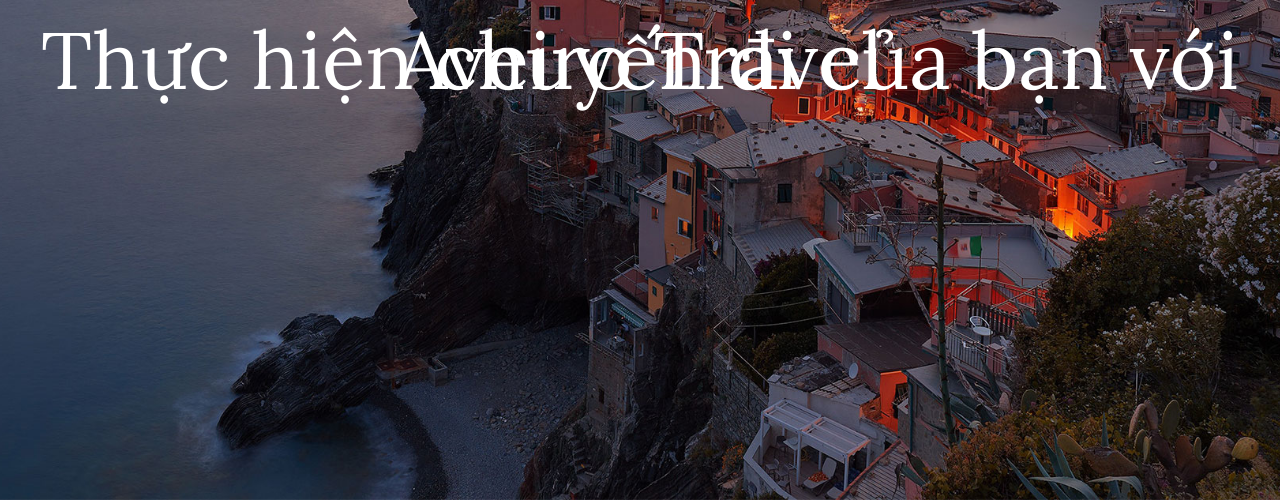
Repository: tuan842001/demotest
Page: /
An editor plug-in stored every save of this project. The page is shown before and after a run of saves, followed by the edit.
The browser window is 1280 px wide. The pictures show the part of the page from y = 0 to 500 px (the page is 4151 px tall before and 720 px after).
Pictures or frames that could not be fetched are drawn as grey boxes. The project was rebuilt for these pictures with package versions that can differ from the ones it lists, and the page was loaded fresh each time. Also part of the build but not shown: src/components/offers/offers.css, src/components/offers/Offers.jsx, src/pages/intour/Intour.jsx, src/pages/login/login.css, src/pages/login/Login.jsx, src/pages/register/register.css, src/pages/register/Register.jsx.

Above is the page before, as saved 2021-10-14 17:37:42.

### public/index.html
<!DOCTYPE html>
<html lang="en">
  <head>
    <meta charset="utf-8" />
    <link rel="icon" href="%PUBLIC_URL%/favicon.ico" />
    <meta name="viewport" content="width=device-width, initial-scale=1" />
    <meta name="theme-color" content="#000000" />
    <meta name="description" content="Web site created using create-react-app"/>
    <link href="https://fonts.googleapis.com/css2?family=Lora:wght@400;500;600;700&display=swap" rel="stylesheet">
    <link rel="stylesheet" href="https://cdnjs.cloudflare.com/ajax/libs/font-awesome/6.0.0-beta2/css/all.min.css" integrity="sha512-YWzhKL2whUzgiheMoBFwW8CKV4qpHQAEuvilg9FAn5VJUDwKZZxkJNuGM4XkWuk94WCrrwslk8yWNGmY1EduTA==" crossorigin="anonymous" referrerpolicy="no-referrer" />
    <link href="https://fonts.googleapis.com/css2?family=Lora:ital,wght@1,700&family=Montserrat:wght@200&display=swap" rel="stylesheet">
    <link href="https://cdn.jsdelivr.net/npm/bootstrap@5.1.3/dist/css/bootstrap.min.css" rel="stylesheet" integrity="sha384-1BmE4kWBq78iYhFldvKuhfTAU6auU8tT94WrHftjDbrCEXSU1oBoqyl2QvZ6jIW3" crossorigin="anonymous">
    <title>Aveiro Travel</title>
  </head>
  <body>
    <noscript>You need to enable JavaScript to run this app.</noscript>
    <div id="root"></div>
  </body>
</html>

### src/App.js
import Home from './pages/home/Home';
import Intour from './pages/intour/Intour';
import Login from './pages/login/Login';
import Register from './pages/register/Register';
import TopBar from './components/topbar/TopBar';
import Bottombar from "./components/bottombar/Bottombar";
import "./app.css"
import {
  BrowserRouter as Router,
  Switch,
  Route,
  Link
} from "react-router-dom";


function App() {
  return (
    <Router>

      <Switch>
        <Route path="/">
          <Home />
        </Route>
      </Switch>
    </Router>
  );
}

export default App;

### src/pages/home/Home.jsx
import Header from "../../components/header/Header";
import Top from "../../components/top/Top";
import Posts from "../../components/posts/Posts";
import Last from "../../components/last/Last";
import Video from "../../components/video/Video";
import Popular from "../../components/popular/Popular";
import Bottombar from "../../components/bottombar/Bottombar";
import "./home.css";

export default function Home() {
  return (
    <>
      <Header />
      <div className="home">
        <Top />
        <Posts />
        <Top />
        <Posts />
      </div>
      <Last />
      <Video />
      <Popular />
      <Bottombar />
    </>
  );
}

### src/components/bottombar/Bottombar.jsx
import "./bottombar.css";

export default function Bottombar() {
  return (
    <div className="bottombar">
      <div className="bottomLeft">
        <span className="bottomTitle">LIÊN HỆ</span>
        <span className="bottomText">Aveiro Travel</span>
        <span className="bottomText">Đường Z115 - xã Quyết Thắng</span>
        <span className="bottomText">TP. Thái Nguyên – tỉnh Thái Nguyên</span>
      </div>
      <div className="bottomCenter">
        <span className="bottomText">Phone: 0966245700</span>
        <span className="bottomText">Email: Averirotravel@gmail.com</span>
        <span className="bottomText">
          Liên hệ với chúng tôi <i></i>
        </span>
        <div className="bottomItem">
          <i className="bottomIcon fab fa-facebook-f"></i>
          <i className="bottomIcon fab fa-instagram"></i>
          <i className="bottomIcon fab fa-youtube"></i>
        </div>
      </div>
      <div className="bottomRight">
        <span className="bottomText">Đăng ký để nhận những tour mới nhất</span>
        <div className="bottomSubscribe">
          <input
            type="email"
            id="bottom_input"
            className="bottom_input"
            placeholder="Email của bạn"
          />
          <button type="submit" id="bottom_button" class="bottom_button">
            Đăng ký
          </button>
        </div>
      </div>
    </div>
  );
}

### src/app.css
*{
    margin: 0;
    padding: 0;
    -webkit-font-smoothing: antialiased;
    -webkit-text-shadow: rgba(0,0,0,.01) 0 0 1px;
    text-shadow: rgb(0 0 0 / 1%) 0 0 1px;
}
body{
    font-family: 'Montserrat', sans-serif;
    font-size: 14px;
    font-weight: 400;
    background: #FFFFFF;
    color: #131a2f;
}
ul{
    list-style: none;
    margin-bottom: 0px;
}
a{
    display: block;
    font-size: 16px;
    font-weight: 500;
    /* line-height: 56px; */
    text-decoration: none;
    background-color: transparent;
}
.container{
    width: 100%;
    padding-right: 15px;
    padding-left: 15px;
    margin-right: auto;
    margin-left: auto;
    position: relative;
}
.row{
    display: -ms-flexbox;
    display: flex;
    -ms-flex-wrap: wrap;
    flex-wrap: wrap;
    padding-top: 40px;
    padding-bottom: 65px;
    margin-left: calc(50% - 585px);
    margin-right: calc(50% - 585px);
}
.col{
    -ms-flex-preferred-size: 0;
    flex-basis: 0;
    -ms-flex-positive: 1;
    flex-grow: 1;
    max-width: 100%;
}
.sectionTitle{
    padding-top: 30px;
    line-height: 1.1;
    font-size: 40px;
    font-weight: 300;
    text-align: center!important;

}
.sectionTitle div {
    font-size: 16px;
    font-weight: 600;
    color: #7d8293;
    text-transform: uppercase;
    margin-top: 19px;
}
img{
    vertical-align: middle;
    border-style: none;
}
div{
    display: block;
    position: relative;
    -webkit-box-sizing: border-box;
    -moz-box-sizing: border-box;
    box-sizing: border-box;
}


.dropdown-content {
    display: none;
    position: absolute;
    right: 0;
    top: 100%;
    margin: 0;
    width: 100%;
    background: #FFFFFF;

    z-index: 1;
    box-shadow: 0 15px 25px rgb(63 78 100 / 15%);
}

.dropdown:hover .dropdown-content {
    display: block;
}

### src/components/header/Header.jsx
import "./header.css";

export default function Header() {
  return (
    <div className="header">
      <div className="headerTitles">
        <span className="headerTitleSm">Thực hiện chuyến đi của bạn với</span>
        <span className="headerTitleLg">Aveiro Travel</span>
      </div>
      <img className="headerTitImg" src="./assets/images/elements.jpg" alt="" />
    </div>
  );
}

### src/components/top/Top.jsx
import "./top.css";

export default function Top() {
  return (
    <div className="tops">
      <div className="rowTop">
        <div className="col">
          <div className="sectionTitle">
            <h2>DU LỊCH NƯỚC NGOÀI</h2>
            <div>Tour Đón Giáng Sinh Và Năm Mới 2019</div>
          </div>
        </div>
        <div className="row"></div>
      </div>
    </div>
  );
}

### src/components/posts/Posts.jsx
import Post from "../post/Post";
import IntourPost from "../intourPost/IntourPost";
import "./posts.css";

export default function Posts() {
  return (
    <div className="posts">
      <IntourPost />
      <Post />
      <Post />
    </div>
  );
}

### src/components/last/Last.jsx
import "./last.css";

export default function Last() {
  return (
    <div className="last">
      <img className="lastImg" src="./assets/images/last.jpg" alt="" />
      <div className="container">
        <div className="row">
          <div className="lastLeft">
            <div className="lastItem">
              <div className="lastItemContainer">
                <div className="lastSubtitle">Averio Travel</div>
                <div className="lastPercent">50%</div>
                <div className="lastTitle">
                  NHỮNG ĐỊA ĐIỂM VUI CHƠI Ở SENTOSA SINGAPORE TUYỆT ĐỐI KHÔNG
                  THỂ BỎ LỠ
                </div>
                <div className="lastText">
                  Toàn bộ Sentosa có 4 khu giải trí và nghỉ dưỡng, bao gồm:
                  Imbiah Lookout, Siloso Point, Beaches và Resorts World Sentosa
                  với nhiều khu vui chơi giải trí phù hợp với nhu cầu của khách
                  tham quan.
                </div>
                <div className="lastButton">
                  <a href="#">Xem chi tiết</a>
                </div>
              </div>
            </div>
          </div>
          <div className="lastRight">
            <div className="lastItem">
              <div className="lastItemContainer">
                <div className="lastSubtitle">Averio Travel</div>
                <div className="lastPercent">50%</div>
                <div className="lastTitle">Tháp Eiffel Có Áo Mới</div>
                <div className="lastText">
                  Kể từ thời điểm này, nếu bạn đến Paris và ghé thăm tháp Eiffel
                  ở cự ly gần sẽ được nhìn thấy một bức tường kính ngay dưới
                  chân tháp.
                </div>
                <div className="lastButton">
                  <a href="#">Xem chi tiết</a>
                </div>
              </div>
            </div>
          </div>
        </div>
      </div>
    </div>
  );
}

### src/components/video/Video.jsx
import "./video.css";

export default function Video() {
  return (
    <div className="video">
      <img className="videoBackground" src="./assets/images/video.jpg" alt="" />
      <div className="videoContent">
        <div className="videoTitle">Một ngày trên đảo</div>
        <div className="videoSubtitle">
          Chuyến đi do nhóm Averio Travel tổ chức
        </div>
        <div className="videoPlay">
          <a
            className="videoTest"
            href="https://www.youtube.com/watch?v=1La4QzGeaaQ"
          >
            <img src="./assets/images/play.png" alt="" />
          </a>
        </div>
      </div>
    </div>
  );
}

### src/components/popular/Popular.jsx
import "./popular.css";

export default function Popular() {
  return (
    <div className="popular">
      <div className="container">
        <div className="row">
          <div className="col">
            <div className="sectionTitle">
              <h2>Thư Viện</h2>
              <div>Khoảnh khắc đẹp nhất</div>
            </div>
          </div>
        </div>
        <div className="row">
          <div className="popularList">
            <div className="popularItem">
              <img src="./assets/images/gallery/popular_8.jpg" alt="" />
              <div className="popularItemText">
                <div className="popularItemTitle">Myanma</div>
              </div>
            </div>
            <div className="popularItem">
              <img src="./assets/images/gallery/popular_7.jpg" alt="" />
              <div className="popularItemText">
                <div className="popularItemTitle">Myanma</div>
              </div>
            </div>
            <div className="popularItem">
              <img src="./assets/images/gallery/popular_6.jpg" alt="" />
              <div className="popularItemText">
                <div className="popularItemTitle">Myanma</div>
              </div>
            </div>
            <div className="popularItem">
              <img src="./assets/images/gallery/popular_5.jpg" alt="" />
              <div className="popularItemText">
                <div className="popularItemTitle">Myanma</div>
              </div>
            </div>
            <div className="popularItem">
              <img src="./assets/images/gallery/popular_4.jpg" alt="" />
              <div className="popularItemText">
                <div className="popularItemTitle">Myanma</div>
              </div>
            </div>
            <div className="popularItem">
              <img src="./assets/images/gallery/popular_3.jpg" alt="" />
              <div className="popularItemText">
                <div className="popularItemTitle">Myanma</div>
              </div>
            </div>
            <div className="popularItem">
              <img src="./assets/images/gallery/popular_2.jpg" alt="" />
              <div className="popularItemText">
                <div className="popularItemTitle">Myanma</div>
              </div>
            </div>
            <div className="popularItem">
              <img src="./assets/images/gallery/popular_1.jpg" alt="" />
              <div className="popularItemText">
                <div className="popularItemTitle">Myanma</div>
              </div>
            </div>
          </div>
        </div>
      </div>
    </div>
  );
}

### src/components/intourPost/IntourPost.jsx
import "./intourPost.css";

export default function IntourPost() {
  return (
    <div className="intourPost">
      <img
        className="postImg"
        src="http://localhost/halotrip/view/images/tour/Hollywood-Walk-of-Fame_220247812.jpg"
        alt=""
      />
      <div className="postInfo">
        <span className="postPrice">7.555.000 VND</span>

        <span className="postTitle">DU LỊCH HONG KONG</span>
      </div>
    </div>
  );
}

### src/components/bottombar/bottombar.css
.bottombar{
    width: 100%;
    height: 300px;
    background-color: #080d1d;
    display: flex;
    align-items: center;
    font-family: 'Lora', serif;
    color: #fff;
    font-size: 18px;
    position: absolute;
}
.bottomLeft, .bottomCenter {
    flex: 3;
    display: flex;
    flex-direction: column;
    justify-content: center;
    margin-left: 74px;
}

.bottomRight{
    flex: 4;
    display: flex;
    flex-direction: column;
    justify-content: center;
}
.bottomTitle{
    font-size: 25px;
    font-weight: 700;
    margin-bottom: 25px;
}
.bottomText{
    margin-bottom: 10px;
}
.bottomIcon{
    font-size: 35px;
    margin-top: 15px;
    margin-right: 50px;
    cursor: pointer;
}
.bottomSubscribe{
    display: flex;
    margin-top: 20px;
}
.bottom_input{
    width: calc(65% - 100px);
    height: 56px;
    border: solid 2px rgba(255,255,255,0.5);
    outline: none;
    background: transparent;
    padding-left: 31px;
    color: #FFFFFF;
}
.bottom_button{
    width: 161px;
    height: 62px;
    vertical-align: top;
    cursor: pointer;
    border: none;
    outline: none;
    background: #fe364a;
    color: #FFFFFF;
    font-size: 16px;
    margin-left: 20px;
    font-weight: 500;
    -webkit-transition: all 200ms ease;
    -moz-transition: all 200ms ease;
    -ms-transition: all 200ms ease;
    -o-transition: all 200ms ease;
    transition: all 200ms ease;
}

### src/components/header/header.css

.headerTitles{
    display: flex;
    flex-direction: column;
    align-items: center;
    font-family: 'Lora', serif;
    color: #fff;
}
.headerTitleSm{
    position: absolute;
    top: 20%;
    font-size: 80px;
}
.headerTitleLg{
    position: absolute;
    top: 30%;
    font-size: 80px;
}
.headerTitImg{
    width: 100%;
    height: 500px;
    object-fit: cover;
}

### src/components/top/top.css
.sectionTitle h2 {
    font-weight: 300;
    color: #131a2f;
    font-size: 40px !important;
}
.rowTop{
    display: -ms-flexbox;
    display: flex;
    -ms-flex-wrap: wrap;
    flex-wrap: wrap;
    padding-top: 6px;
    padding-bottom: 40px;
    margin-left: calc(50% - 585px);
    margin-right: calc(50% - 585px);
}

### src/components/post/Post.jsx
import "./post.css";
export default function Post() {
  return (
    <div className="post">
      <img
        className="postImg"
        src="http://localhost/halotrip/view/images/tour/Hollywood-Walk-of-Fame_220247812.jpg"
        alt=""
      />
      <div className="postInfo">
        <span className="postPrice">7.555.000 VND</span>

        <span className="postTitle">DU LỊCH HONG KONG</span>
      </div>
    </div>
  );
}

### src/components/posts/posts.css
.posts {
    display: flex;
    flex-wrap: wrap;
    align-items: center;
    justify-content: center;
    width: 100%;
    padding-right: 15px;
    padding-left: 15px;
    margin-right: auto;
    margin-left: auto;
}

### src/components/last/last.css
.last{
    position: relative;
    font-family: 'Montserrat', sans-serif;
}
.lastImg{
    width: 100%;
    height: 100%;
    object-fit: cover;
    position: absolute;
    top: 0;
    left: 0;
}
.lastLeft, .lastRight{
    flex: 0 0 50%;
    max-width: 50%;
}
.lastItem{
    padding-right: calc(30% - 100px);
}
.lastItemContainer{
    background: rgba(254, 64, 91, 0.79);
    padding-top: 53px;
    padding-bottom: 35px;
    color: #FFFFFF;
    text-align: center;
    padding-left: 90px;
    padding-right: 80px;
}
.lastSubtitle {
    font-size: 16px;
    font-weight: 500;
    text-transform: uppercase;
    text-align: left;
}
.lastPercent{
    font-size: 160px;
    font-weight: 100;
    line-height: 0.75;
    margin-top: 14px;
    text-align: left;
}
.lastTitle{
    font-size: 40px;
    font-weight: 300;
    text-align: left;
    margin-top: 7px;
    line-height: 1.1;
}
.lastText{
    font-size: 14px;
    font-weight: 400;
    text-align: center;
    line-height: 2.14;
    margin-top: 15px;
}
.lastButton{
    margin-top: 37px;
    display: inline-block;
    width: 161px;
    height: 56px;
    background: #131a2f;

}

### src/components/video/video.css
.video {
    padding-top: 144px;
    padding-bottom: 198px;
    position: relative;
    font-family: 'Montserrat', sans-serif;
}
.video div {
    display: block;
    position: relative;
    -webkit-box-sizing: border-box;
    -moz-box-sizing: border-box;
    box-sizing: border-box;

}
.videoBackground{
    position: absolute;
    top: 0;
    left: 0;
    width: 100%;
    height: 100%;
    min-height: 400px;
    object-fit: cover;
    background: transparent;
}
.videoContent{
    width: auto;
    text-align: center;
    padding-left: 15px;
    padding-right: 15px;
}
.videoTitle{
    font-size: 30px;
    font-weight: 300;
    color: #FFFFFF;
}
.videoSubtitle{
    font-size: 14px;
    font-weight: 300;
    color: #FFFFFF;
    margin-top: 3px;
}
.videoPlay{
    margin: 0 auto;
    margin-top: 43px;
    cursor: pointer;
    width: 14%;
}
.videoTest{
    outline: none;
}

### src/components/popular/popular.css
.popular div{
    display: block;
    position: relative;
    -webkit-box-sizing: border-box;
    -moz-box-sizing: border-box;
    box-sizing: border-box;
}
.popular{
    width: 100%;
    background: #FFFFFF;
    font-family: 'Montserrat', sans-serif;
}
.popularList{
    width: 100%;
    align-items: center!important;
    justify-content: space-between!important;
    flex-direction: row!important;
    flex-wrap: wrap!important;
    display: flex!important;

}
.popularItem{
    width: calc((100% - 90px) / 4);
    margin-bottom: 26px;
}
.popularItem img{
    max-width: 100%;
    vertical-align: middle;
    border-style: none;
}

.popularItemText{
    position: absolute;
    left: 28px;
    bottom: 60px;
    z-index: 10;
}
.popularItemTitle{
    font-size: 20px;
    font-weight: 600;
    color: #FFFFFF;

}

### src/components/intourPost/intourPost.css
.intourPost {
    width: 360px;
    margin: 0px 25px 40px 25px;
    cursor: pointer;
    position: relative;
}
.postImg{
    width: 100%;
    height: 240px;
    object-fit: cover;
    border-radius: 7px;
}
.postInfo{
    display: flex;
    flex-direction: column;
    left: 33px;
    bottom: 75px;
    color: #fff;
}
.post div {
    position: relative;
    box-sizing: border-box;
}
.postTitle{
    font-family: 'Lora', serif;
    font-size: 20px;
    font-weight: 700;
    margin-top: 2px;
}
.postPrice{
    font-family: 'Lora', serif;
    font-style: italic;
}

### src/components/post/post.css
.post {
    width: 360px;
    margin: 0px 25px 40px 25px;
    cursor: pointer;
    position: relative;

}
.postImg{
    width: 100%;
    height: 240px;
    object-fit: cover;
    border-radius: 7px;
}
.postInfo{
    display: flex;
    flex-direction: column;
    left: 33px;
    bottom: 75px;
    color: #fff;
}
.post div {
    position: relative;
    box-sizing: border-box;
}
.postTitle{
    font-family: 'Lora', serif;
    font-size: 20px;
    font-weight: 700;
    margin-top: 2px;
}
.postPrice{
    font-family: 'Lora', serif;
    font-style: italic;
}

### src/components/topbar/TopBar.jsx
import React from "react";
import "./topbar.css";

export default function TopBar() {
  return (
    <div className="top">
      <div className="topLeft">
        <img
          className="topImg"
          src="./assets/images/logoAveiroTravel.png"
          alt=""
        />
      </div>
      <div className="topCenter">
        <ul className="topList">
          <li className="topListItem">Trang Chủ</li>
          <li className="topListItem">Du lịch trong nước</li>
          <li className="topListItem">Du lịch nước ngoài</li>
          <li className="topListItem">Tin tức</li>
          <li className="topListItem">Liên hệ</li>
          <li className="topListItem">Đăng nhập</li>
          <li className="topListItem">Đăng ký</li>
        </ul>
      </div>
      <div className="topRight">
        <i className="topSearchIcon fas fa-search"></i>
      </div>
    </div>
  );
}

### src/components/topbar/topbar.css
.top{
    width: 100%;
    height: 90px;
    background-color: #f9f9f9;
    position: sticky;
    top: 0;
    display: flex;
    align-items: center;
    font-family: 'Lora', serif;
    color: #666;
    z-index: 999;
}

.topLeft{
    flex: 2;
    display: flex;
    align-items: center;
    justify-content: center;
}
.topCenter{
    flex: 8;
}
.topRight{
    flex: 1;
    display: flex;
    align-items: center;
    justify-content: center;
}
.topImg{
    width: 140px;
    height: 140px;
    object-fit: cover;
}
.topList{
    display: flex;
    justify-content: end;
    margin: 0;
    padding: 0;
    list-style: none;
}
.topListItem{
    margin-right: 40px;
    font-size: 20px;
    font-weight: 400;
    cursor: pointer;
}
.topSearchIcon{
    font-size: 25px;
    color: #666;
    cursor: pointer;
}

Loaded but not shown: src/index.js (common file); src/pages/home/home.css (common file); src/pages/intour/intour.css (no stored copy; drawn as an empty file)

After the next 3 saves:
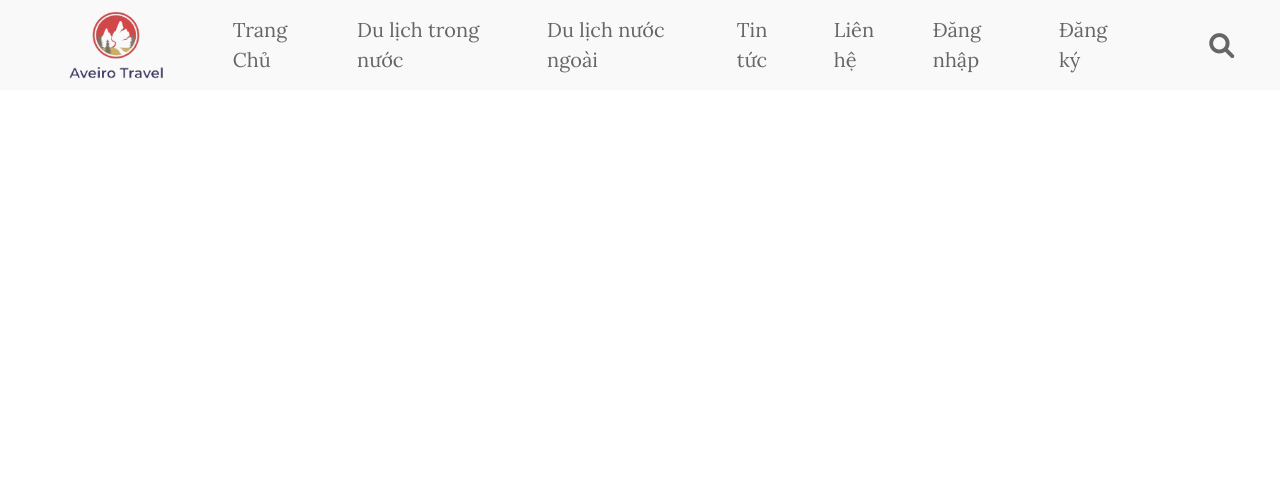
The 3 saves are shown as one change because 2 did not build or start.
The last was saved 106 s later.
--- a/src/App.js
+++ b/src/App.js
@@ -16,8 +16,8 @@
 function App() {
   return (
     <Router>
-
       <Switch>
+      <TopBar />
         <Route path="/">
           <Home />
         </Route>
